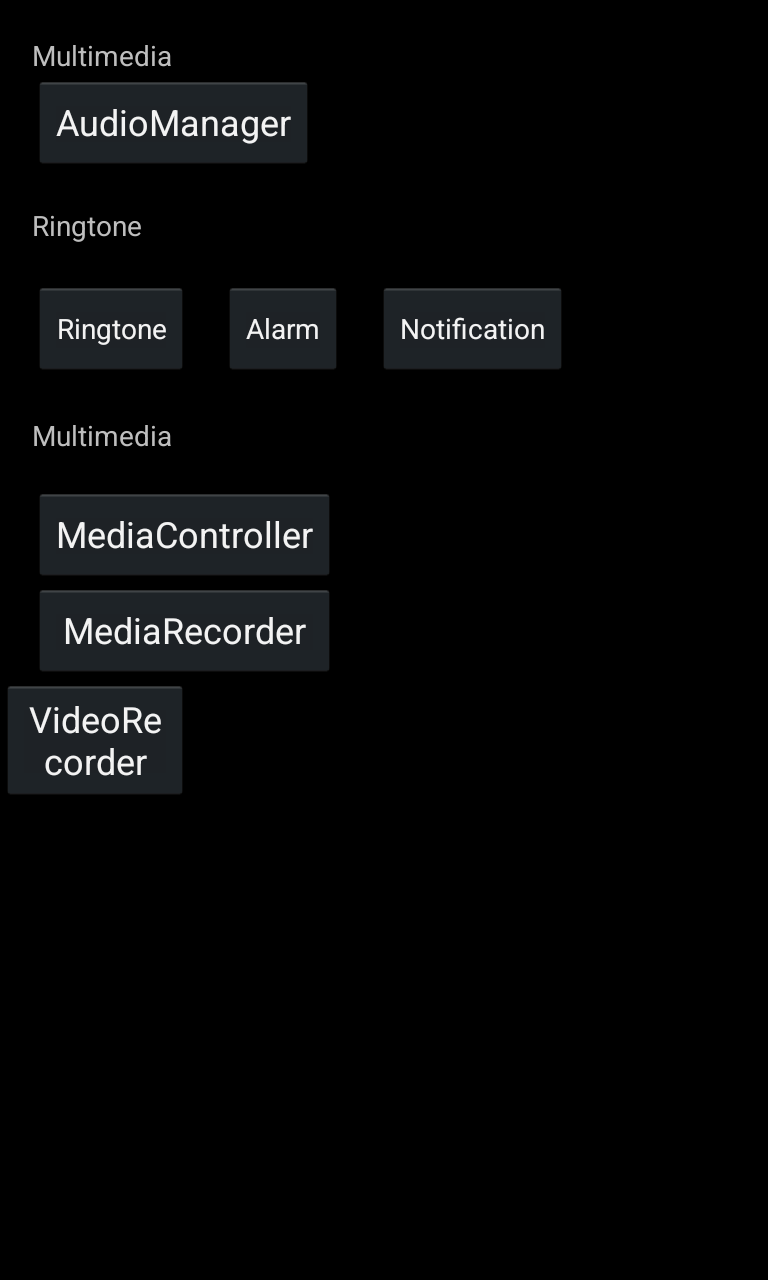
Repository: Amir13/Android_Basic_Steps
Layout: ViewElements5/res/layout/fragment_multimedia.xml
These files come from the project's save history. The layout is drawn as it stood at one moment and after the next save; the edit follows.
It is drawn on a 768 x 1280 px phone screen (xhdpi) without system bars, with theme android:Theme.Holo; the app's code is not run.

Above is the layout before, as saved 2014-06-15 18:49:03.

### ViewElements5/res/layout/fragment_multimedia.xml
<?xml version="1.0" encoding="utf-8"?>
<RelativeLayout xmlns:android="http://schemas.android.com/apk/res/android"
    android:layout_width="match_parent"
    android:layout_height="match_parent" >

    <TextView
        android:id="@+id/textView1"
        android:layout_width="wrap_content"
        android:layout_height="wrap_content"
        android:layout_alignParentLeft="true"
        android:layout_alignParentTop="true"
        android:layout_marginLeft="16dp"
        android:layout_marginTop="18dp"
        android:text="Multimedia" />

    <Button
        android:id="@+id/btnAudio"
        android:layout_width="wrap_content"
        android:layout_height="wrap_content"
        android:layout_alignLeft="@+id/textView1"
        android:layout_below="@+id/textView1"
        android:text="AudioManager" />

    <TextView
        android:id="@+id/textView2"
        android:layout_width="wrap_content"
        android:layout_height="wrap_content"
        android:layout_alignLeft="@+id/btnAudio"
        android:layout_below="@+id/btnAudio"
        android:layout_marginTop="18dp"
        android:text="@string/ringtone" />

    <Button
        android:id="@+id/btnRingtone"
        style="?android:attr/buttonStyleSmall"
        android:layout_width="wrap_content"
        android:layout_height="wrap_content"
        android:layout_alignLeft="@+id/textView2"
        android:layout_below="@+id/textView2"
        android:layout_marginTop="18dp"
        android:text="@string/ringtone" />

    <Button
        android:id="@+id/btnAlarm"
        style="?android:attr/buttonStyleSmall"
        android:layout_width="wrap_content"
        android:layout_height="wrap_content"
        android:layout_alignBaseline="@+id/btnRingtone"
        android:layout_alignBottom="@+id/btnRingtone"
        android:layout_marginLeft="16dp"
        android:layout_toRightOf="@+id/btnRingtone"
        android:text="Alarm" />

    <Button
        android:id="@+id/btnNotification"
        style="?android:attr/buttonStyleSmall"
        android:layout_width="wrap_content"
        android:layout_height="wrap_content"
        android:layout_alignBaseline="@+id/btnAlarm"
        android:layout_alignBottom="@+id/btnAlarm"
        android:layout_marginLeft="16dp"
        android:layout_toRightOf="@+id/btnAlarm"
        android:text="Notification" />

    <TextView
        android:id="@+id/textView3"
        android:layout_width="wrap_content"
        android:layout_height="wrap_content"
        android:layout_alignLeft="@+id/btnRingtone"
        android:layout_below="@+id/btnRingtone"
        android:layout_marginTop="20dp"
        android:text="Multimedia" />

    <Button
        android:id="@+id/btnVideo"
        android:layout_width="wrap_content"
        android:layout_height="wrap_content"
        android:layout_alignLeft="@+id/textView3"
        android:layout_below="@+id/textView3"
        android:layout_marginTop="16dp"
        android:text="MediaController" />

    <Button
        android:id="@+id/btnMedia"
        android:layout_width="wrap_content"
        android:layout_height="wrap_content"
        android:layout_alignLeft="@+id/btnVideo"
        android:layout_alignRight="@+id/btnVideo"
        android:layout_below="@+id/btnVideo"
        android:text="MediaRecorder" />

    <Button
        android:id="@+id/btnVideoRec"
        android:layout_width="wrap_content"
        android:layout_height="wrap_content"
        android:layout_below="@+id/btnMedia"
        android:layout_toLeftOf="@+id/btnAlarm"
        android:text="VideoRecorder" />

</RelativeLayout>

### ViewElements5/res/values/strings.xml
<?xml version="1.0" encoding="utf-8"?>
<resources>

    <string name="app_name">ViewElements5</string>
    <string name="action_settings">Settings</string>
    <string name="title_section1">Touch &amp; Gestures</string>
    <string name="title_section2">Multimedia</string>
    <string name="title_section3">Section 3</string>
    <string name="title_activity_touch">TouchActivity</string>
    <string name="title_activity_gesture">Gesture Activity</string>
    <string name="title_activity_gesture_builder">Gesture Builder Activity</string>
    <string name="title_activity_audio_manager">AudioManager Activity</string>
    <string name="title_activity_media_controller">MediaController Activity</string>
    <string name="title_activity_audio_recorder">AudioRecorder Activity</string>
    <string name="title_activity_video_recorder">VideoRecorder Activity</string>
    <string name="hello_world">Hello world!</string>
    <string name="down_string">Down</string>
    <string name="up_string">Up</string>
    <string name="play_string">Play</string>
    <string name="ringtone">Ringtone</string>

</resources>

After the next save:
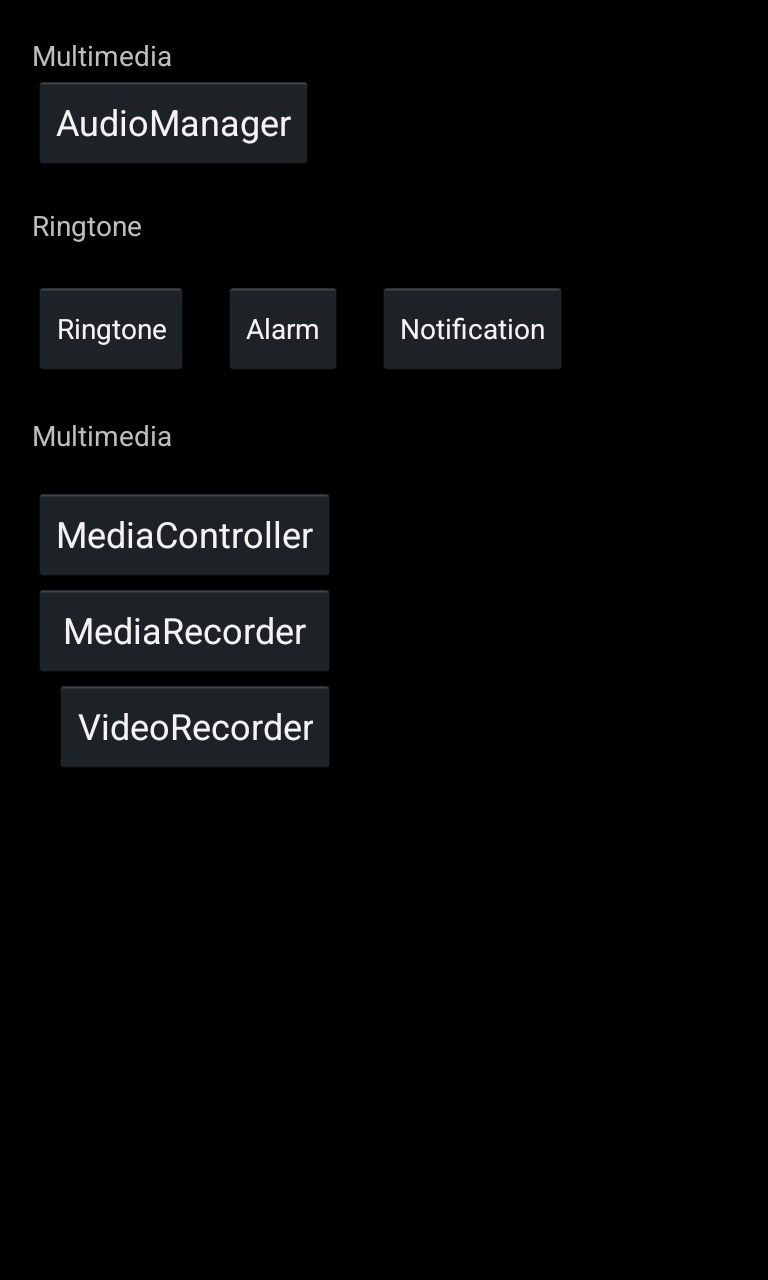
Saved 2 min 44 s later.
--- a/ViewElements5/res/layout/fragment_multimedia.xml
+++ b/ViewElements5/res/layout/fragment_multimedia.xml
@@ -93,8 +93,8 @@
         android:id="@+id/btnVideoRec"
         android:layout_width="wrap_content"
         android:layout_height="wrap_content"
+        android:layout_alignRight="@+id/btnMedia"
         android:layout_below="@+id/btnMedia"
-        android:layout_toLeftOf="@+id/btnAlarm"
         android:text="VideoRecorder" />
 
 </RelativeLayout>
